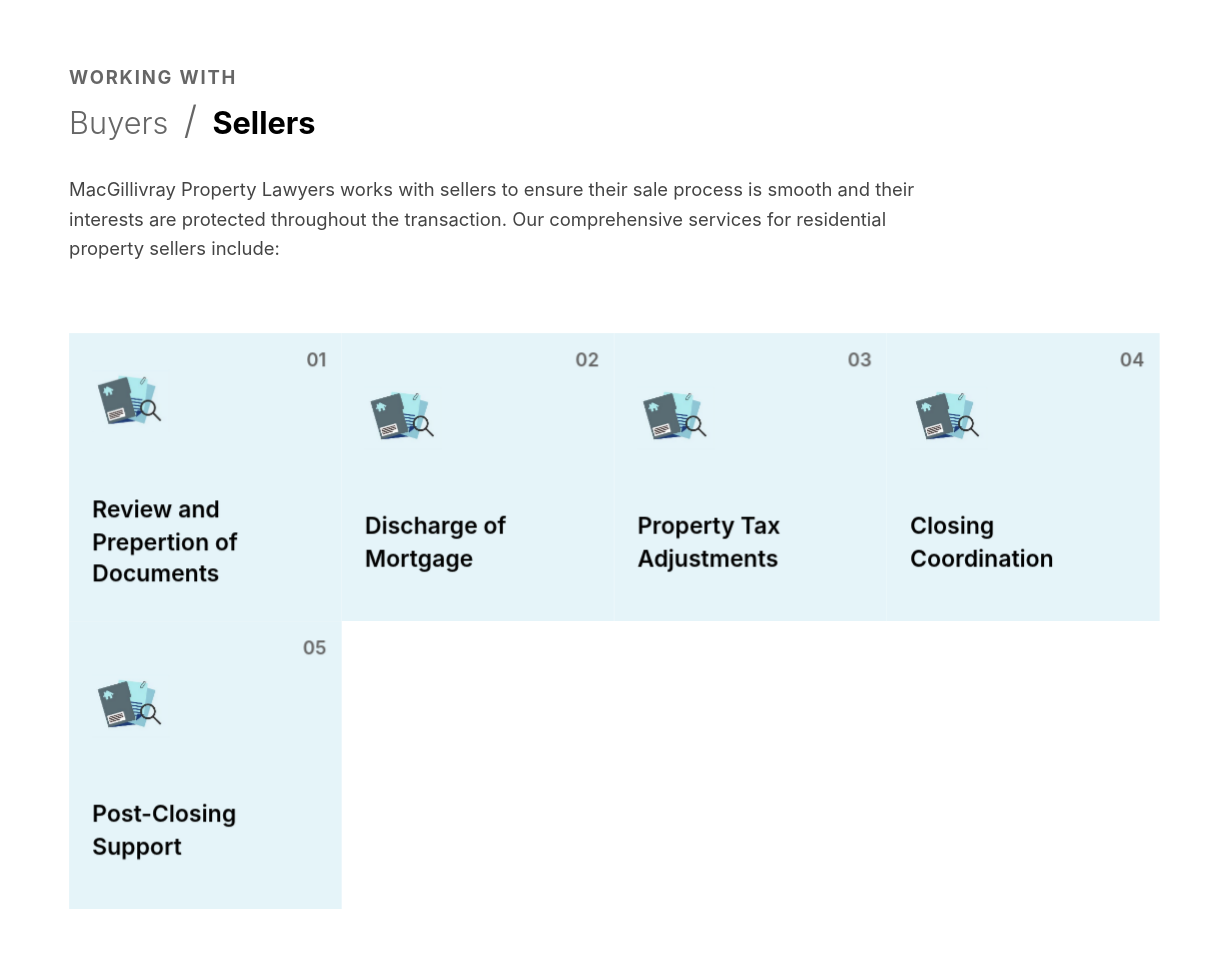
Repository: mibma/alphavent
Page: /sellers
The author's editor kept a copy of each file at every save. The page is drawn from the files as they stood at one save, then again after the next save.
The browser window is 1280 px wide. The pictures show the whole page, at 96% of full size.
The project was rebuilt for these pictures with package versions that can differ from the ones it lists, and the page was loaded fresh each time. The framework's server and built-in components were replaced by stand-ins that run in the browser.

Above is the page before, as saved 2025-04-24 18:29:22.

### pages/_app.js
import '../styles/globals.css'

function MyApp({ Component, pageProps }) {
  return <Component {...pageProps} />
}

export default MyApp

### pages/sellers.js
import styles from '../styles/Home.module.css';
import Head from 'next/head';
import Link from 'next/link';
import Image from 'next/image';
import { useRouter } from 'next/router';
import { useState } from 'react';

const sellerServices = [
  {
    id: '01',
    title: 'Review and Prepertion of Documents',
    icon: '/Capture.JPG'
  },
  {
    id: '02',
    title: 'Discharge of Mortgage',
    icon: '/Capture.JPG'
  },
  {
    id: '03',
    title: 'Property Tax Adjustments',
    icon: '/Capture.JPG'
  },
  {
    id: '04',
    title: 'Closing Coordination',
    icon: '/Capture.JPG'
  },
  {
    id: '05',
    title: 'Post-Closing Support',
    icon: '/Capture.JPG'
  }
];

export default function SellerPage() {
  const router = useRouter();
  const [isTransitioning, setIsTransitioning] = useState(false);

  const handleBuyerClick = (e) => {
    e.preventDefault();
    setIsTransitioning(true);
    setTimeout(() => {
      router.push('/');
    }, 300);
  };

  return (
    <div className={styles.container}>
      <Head>
        <title>Working with Sellers | MacGillivray Property Lawyers</title>
        <meta name="description" content="Professional property law services for sellers" />
      </Head>

      <main className={styles.main}>
        <div className={styles.header}>
          <h1 className={styles.title}>
            <span className={styles.mainTitle}>WORKING WITH</span>
            <div className={styles.titleRow}>
              <Link
                href="/"
                className={styles.smallTitle}
                onClick={handleBuyerClick}
              >
                Buyers
              </Link>
              <span className={styles.divider}>/</span>
              <span className={`${styles.largeTitle} ${isTransitioning ? styles.exitToRight : ''}`}>
                Sellers
              </span>
            </div>
          </h1>

          <p className={styles.description}>
            MacGillivray Property Lawyers works with sellers to ensure their sale process is smooth and their interests are protected throughout the transaction. Our comprehensive services for residential property sellers include:
          </p>
        </div>

        <div className={styles.servicesGrid}>
          {sellerServices.map((service) => (
            <div key={service.id} className={styles.serviceCard}>
              <div className={styles.serviceContent}>
                <div className={styles.iconContainer}>
                  <Image
                    src={service.icon}
                    alt={service.title}
                    fill
                    className={styles.icon}
                  />
                </div>
                <h3 className={styles.serviceTitle}>{service.title}</h3>
              </div>
              <div className={styles.serviceNumber}>{service.id}</div>
            </div>
          ))}
        </div>
      </main>
    </div>
  );
}

### styles/globals.css
html,
body {
  padding: 0;
  margin: 0;
  font-family: -apple-system, BlinkMacSystemFont, Segoe UI, Roboto, Oxygen,
    Ubuntu, Cantarell, Fira Sans, Droid Sans, Helvetica Neue, sans-serif;
}

a {
  color: inherit;
  text-decoration: none;
}

* {
  box-sizing: border-box;
}

### styles/Home.module.css
.container {
  max-width: 1200px;
  margin: 0 auto;
  padding: 2rem;
  overflow-x: hidden;
}

.nav {
  display: flex;
  justify-content: flex-end;
  padding: 1rem 0;
}

.navLink {
  color: #0070f3;
  text-decoration: none;
  font-size: 1.1rem;
  transition: color 0.3s ease;
}

.navLink:hover {
  color: #0051b3;
}

.main {
  min-height: 100vh;
  padding: 1rem 0;
}

.header {
  margin-bottom: 4rem;
  position: relative;
}

.title {
  margin-bottom: 2rem;
}

.mainTitle {
  display: block;
  font-size: 1.2rem;
  color: #666;
  margin-bottom: 0.5rem;
  letter-spacing: 0.1em;
  opacity: 0;
  animation: fadeInDown 0.5s ease forwards;
}

.titleRow {
  display: flex;
  align-items: baseline;
  gap: 1rem;
  position: relative;
}

.titleWrapper {
  display: flex;
  align-items: baseline;
  gap: 1rem;
}

.largeTitle {
  font-weight: 700;
  color: #000;
  transition: font-size 0.6s ease;
  cursor: pointer;
}

.titleButton {
  background: none;
  border: none;
  cursor: pointer;
  padding: 0;
  font-size: 2.5rem;
  color: #666;
  font-weight: 300;
  transition: all 0.3s ease;
}

.titleButton:hover {
  color: #000;
}

.titleExit {
  animation: none;
}

.cardFlip {
  animation: flipCard 0.6s ease forwards;
}

.fadeOut {
  opacity: 0;
  transition: opacity 0.3s ease;
}

.fadeIn {
  opacity: 1;
  transition: opacity 0.3s ease;
}

.divider {
  font-size: 2.5rem;
  color: #666;
  font-weight: 300;
}

.smallTitle {
  font-weight: 300;
  color: #666;
  transition: all 0.6s ease;
  cursor: pointer;
}

.description {
  font-size: 1.2rem;
  line-height: 1.6;
  color: #444;
  max-width: 900px;
  margin-bottom: 3rem;
  opacity: 0;
  animation: fadeIn 0.5s ease 0.5s forwards;
}

.servicesGrid {
  display: grid;
  grid-template-columns: repeat(auto-fit, minmax(280px, 1fr));
  gap: 0.rem;
  padding: 0.5rem 0;
}

.serviceCard {
  background-color: #E5F4F9;
  /* border-radius: 12px; */
  /* padding: 1.5rem 2rem; */
  padding: 0rem 1.5rem;
  position: relative;
  min-height: 300px;
  width: 100%;
  max-width: 300px;
  display: flex;
  flex-direction: column;
  justify-content: center;
  transform-style: preserve-3d;
  perspective: 1000px;
  opacity: 0;
  animation: fadeInUp 0.5s ease forwards;
  transition: transform 0.6s ease;
}

.serviceCard:nth-child(1) { animation-delay: 0.6s; }
.serviceCard:nth-child(2) { animation-delay: 0.7s; }
.serviceCard:nth-child(3) { animation-delay: 0.8s; }
.serviceCard:nth-child(4) { animation-delay: 0.9s; }
.serviceCard:nth-child(5) { animation-delay: 1.0s; }

.serviceCard:hover {
  transform: translateY(-5px);
  box-shadow: 0 10px 20px rgba(0, 0, 0, 0.05);
}

.serviceContent {
  flex: 1;
  display: flex;
  flex-direction: column;
  justify-content: center;
  transform-style: preserve-3d;
  backface-visibility: hidden;
  gap: 1.5rem;
}

.serviceContentFront, .serviceContentBack {
  position: absolute;
  width: 100%;
  height: 100%;
  backface-visibility: hidden;
  display: flex;
  flex-direction: column;
  justify-content: center;
}

.serviceContentBack {
  transform: rotateY(180deg);
}

.iconContainer {
  width: 80px;
  height: 80px;
  position: relative;
  margin-bottom: 2rem;
}

.icon {
  object-fit: contain;
  width: 100%;
  height: 100%;
}

.serviceTitle {
  font-size: 1.5rem;
  font-weight: 600;
  margin: 0;
  line-height: 1.4;
}

.serviceNumber {
  position: absolute;
  top: 1rem;
  right: 1rem;
  font-size: 1.2rem;
  font-weight: 600;
  color: #666;
}

.serviceDescription {
  color: #718096;
  line-height: 1.5;
}

@keyframes fadeInUp {
  from {
    opacity: 0;
    transform: translateY(20px);
  }
  to {
    opacity: 1;
    transform: translateY(0);
  }
}

@keyframes fadeInDown {
  from {
    opacity: 0;
    transform: translateY(-20px);
  }
  to {
    opacity: 1;
    transform: translateY(0);
  }
}

@keyframes fadeIn {
  from {
    opacity: 0;
  }
  to {
    opacity: 1;
  }
}

@keyframes slideInRight {
  from {
    opacity: 0;
    transform: translateX(-100%);
  }
  to {
    opacity: 1;
    transform: translateX(0);
  }
}

@keyframes slideOutRight {
  from {
    opacity: 1;
    transform: translateX(0);
  }
  to {
    opacity: 0;
    transform: translateX(100%);
  }
}

/* Add a class for exit animation */
.exitToRight {
  animation: slideOutRight 0.6s ease forwards;
}

.enterFromRight {
  animation: slideInRight 0.6s ease forwards;
}

@media (max-width: 768px) {
  .container {
    padding: 1rem;
  }

  .titleRow {
    flex-direction: column;
    gap: 0.5rem;
  }

  .divider {
    display: none;
  }

  .smallTitle {
    font-size: 2rem;
  }

  .servicesGrid {
    grid-template-columns: 1fr;
  }

  .serviceCard {
    min-height: 150px;
  }

  .serviceTitle {
    font-size: 1.75rem;
  }
}

@keyframes flipCard {
  0% {
    transform: perspective(1000px) rotateY(0deg);
  }
  50% {
    transform: perspective(1000px) rotateY(90deg);
  }
  100% {
    transform: perspective(1000px) rotateY(0deg);
  }
}

.flipCard {
  animation: flipCard 0.6s ease forwards;
}

After the next save:
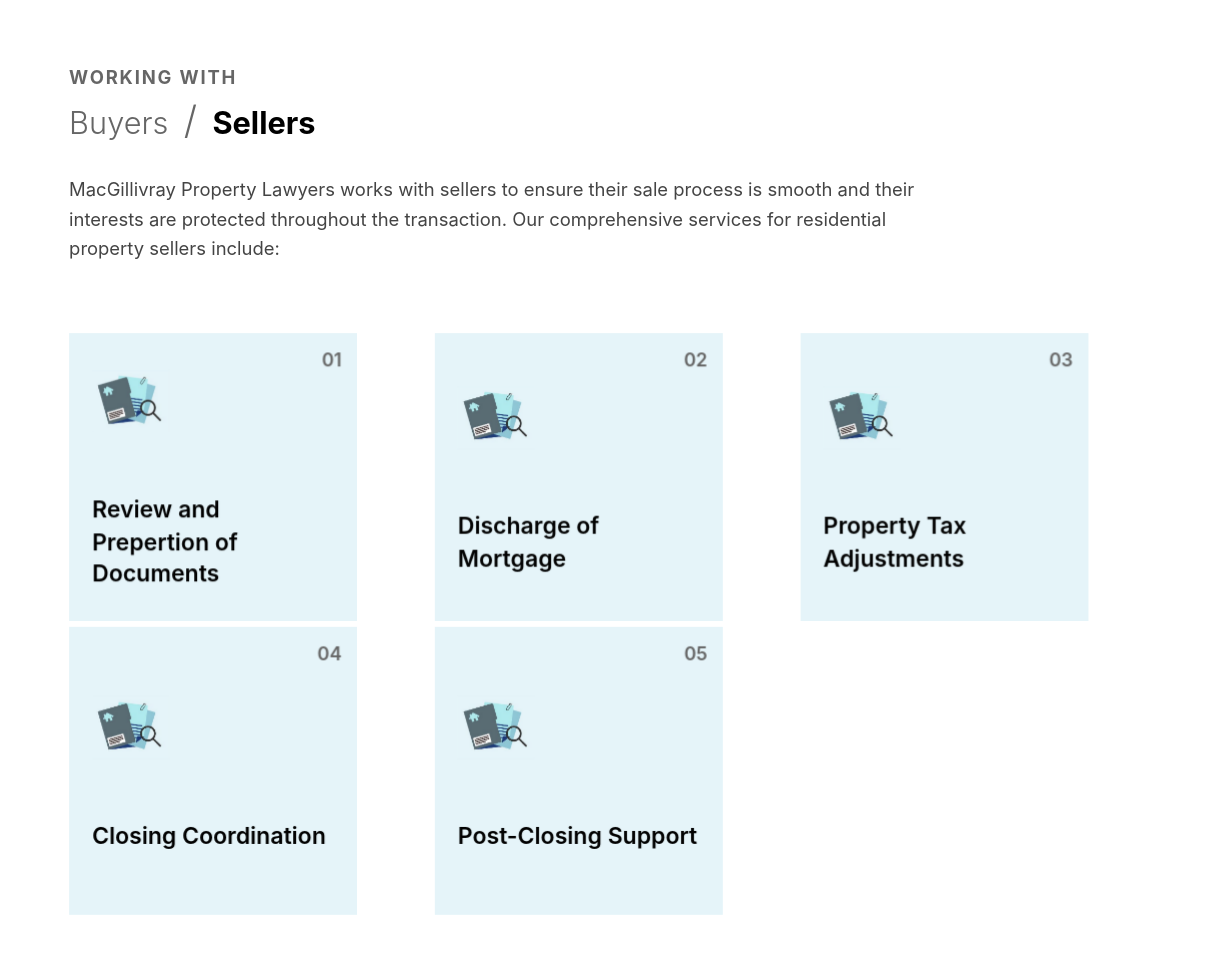
Saved 4 s later.
--- a/styles/Home.module.css
+++ b/styles/Home.module.css
@@ -125,7 +125,7 @@
 .servicesGrid {
   display: grid;
   grid-template-columns: repeat(auto-fit, minmax(280px, 1fr));
-  gap: 0.rem;
+  gap: 0.4rem;
   padding: 0.5rem 0;
 }
 
